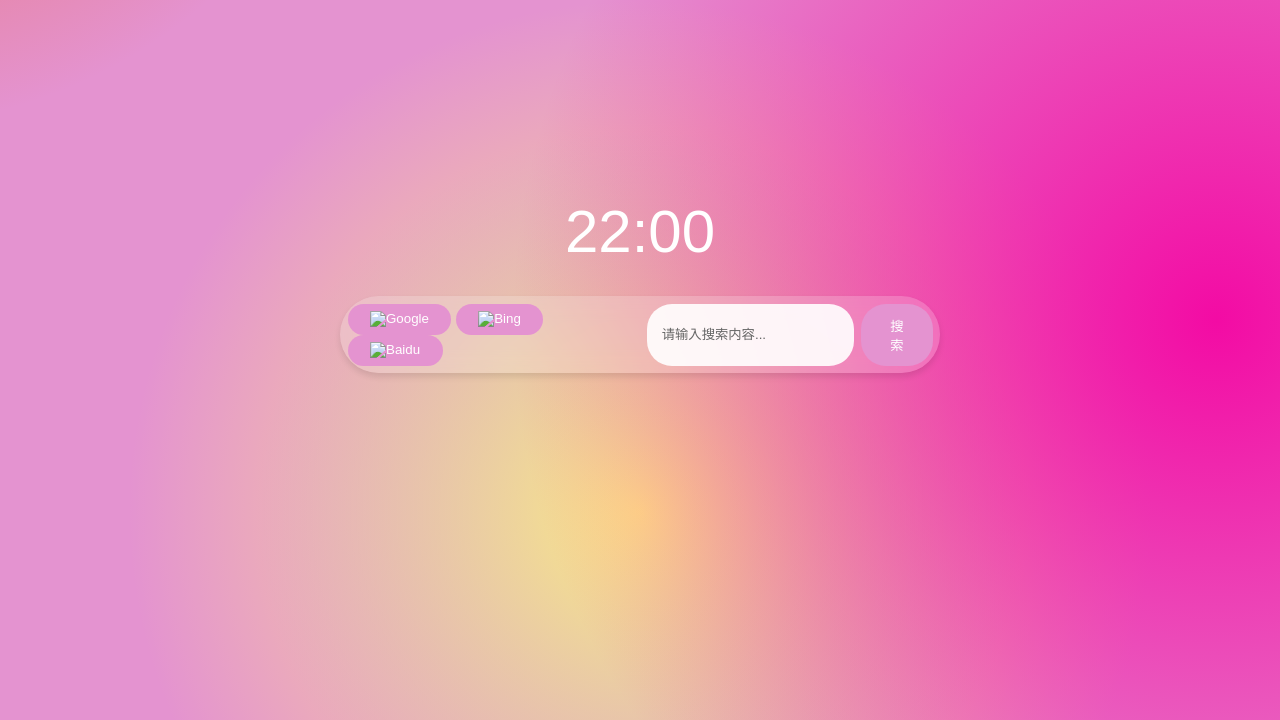
Repository: RADEKWRLD/NaviR
Page: index.html
The author's editor kept a copy of each file at every save. The page is drawn from the files as they stood at one save, then again after the next save.
The browser window is 1280 px wide. The pictures show the whole page.

Above is the page before, as saved 2025-05-23 22:19:11.
Console error: TypeError: Cannot read properties of null (reading 'appendChild')

After the next save:
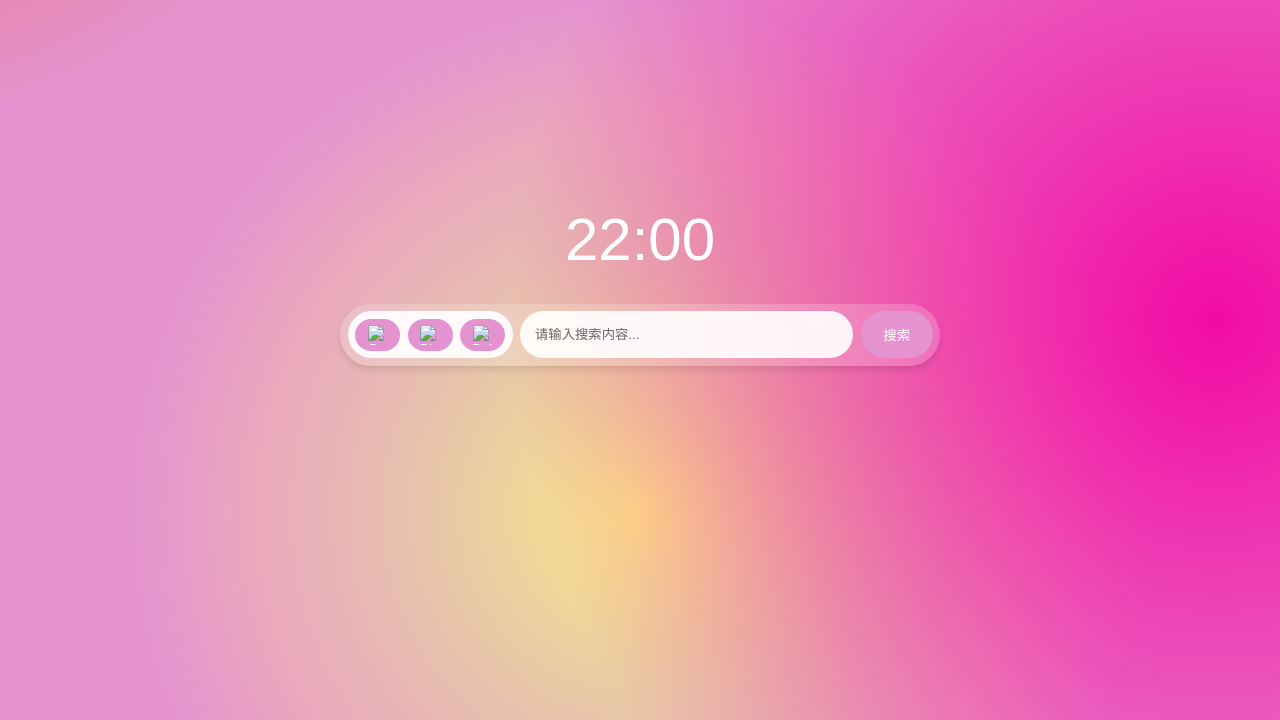
Saved 7 s later.
--- a/style.css
+++ b/style.css
@@ -110,6 +110,42 @@ body {
     padding: 0 1rem;
 }
 
+.search-engines {
+    display: flex;
+    gap: 0.5rem;
+    padding: 0.5rem;
+    background: rgba(255, 255, 255, 0.9);
+    border-radius: 25px;
+}
+
+.engine-btn {
+    width: 32px;
+    height: 32px;
+    padding: 0;
+    border: none;
+    border-radius: 50%;
+    background: transparent;
+    cursor: pointer;
+    transition: transform 0.2s ease;
+    display: flex;
+    align-items: center;
+    justify-content: center;
+}
+
+.engine-btn img {
+    width: 20px;
+    height: 20px;
+    object-fit: contain;
+}
+
+.engine-btn:hover {
+    transform: scale(1.1);
+}
+
+.engine-btn.active {
+    background: rgba(228, 147, 208, 0.2);
+}
+
 #search-form {
     display: flex;
     gap: 0.5rem;
@@ -118,17 +154,6 @@ body {
     border-radius: 50px;
     backdrop-filter: blur(10px);
     box-shadow: 0 4px 6px rgba(0, 0, 0, 0.1);
-}
-
-.search-engine {
-    padding: 0.5rem 1rem;
-    border: none;
-    border-radius: 25px;
-    background: rgba(255, 255, 255, 0.9);
-    color: #333;
-    font-family: 'Quicksand', sans-serif;
-    cursor: pointer;
-    outline: none;
 }
 
 #search-input {
